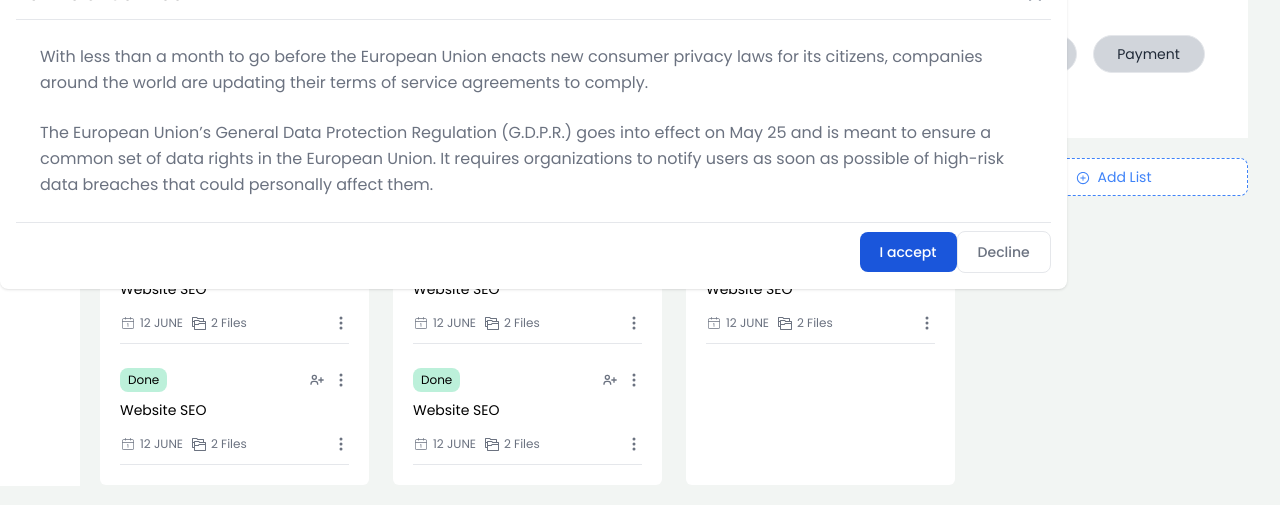
Repository: Shamraiz761/Frontend-Assessment
Page: /, after clicking the first element matching `button.bg-white`
An editor plug-in stored every save of this project. The page is shown before and after the next save, followed by the edit.
The browser window is 1280 px wide. The pictures show the part of the page from y = 234 to 739 px (the page is 739 px tall).
Pictures or frames that could not be fetched are drawn as grey boxes. The project was rebuilt for these pictures with package versions that can differ from the ones it lists, and the page was loaded fresh each time. Also part of the build but not shown: vite.config.js. Imported but missing from the stored project, and not drawn on this page: src/pages/auth/login.

Above is the page before, as saved 2023-06-09 12:46:29.

After the next save:
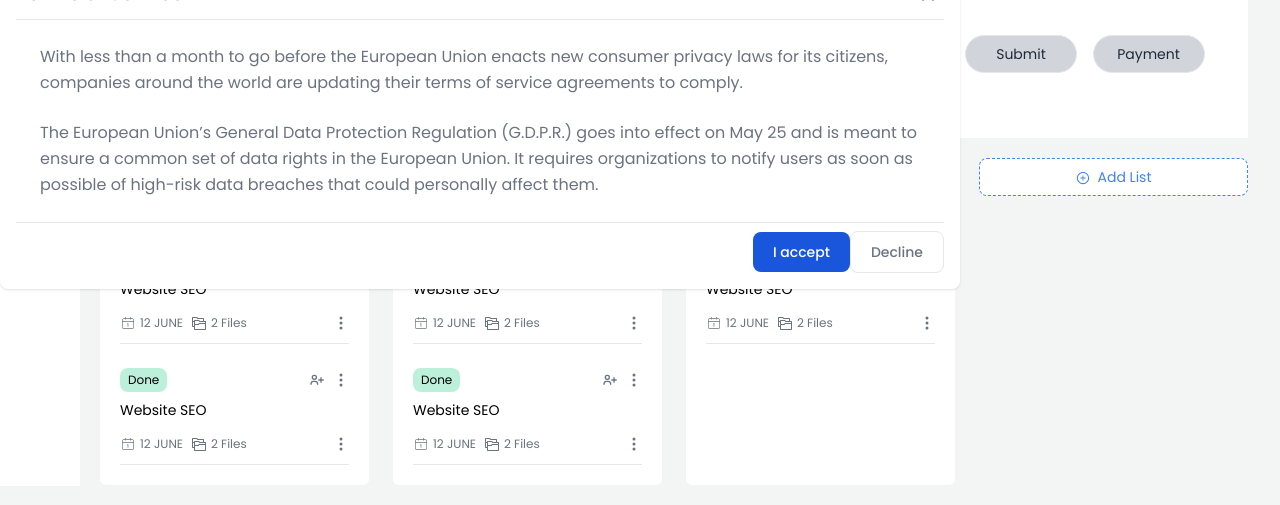
Saved 11 s later.
--- a/src/pages/Dashboard/index.jsx
+++ b/src/pages/Dashboard/index.jsx
@@ -61,7 +61,7 @@ function Home() {
             <h1>Add List</h1>
           </button>
           {isModalOpen && (
-            <div className="fixed w-10/12 top-0 left-0 right-0 bottom-0 z-50 flex items-center justify-center">
+            <div className="fixed w-9/12 top-0 left-0 right-0 bottom-0 z-50 flex items-center justify-center">
               <div className="absolute bg-white rounded-lg shadow p-4">
                 {/* Modal header */}
                 <div className="flex items-start justify-between border-b pb-2">
